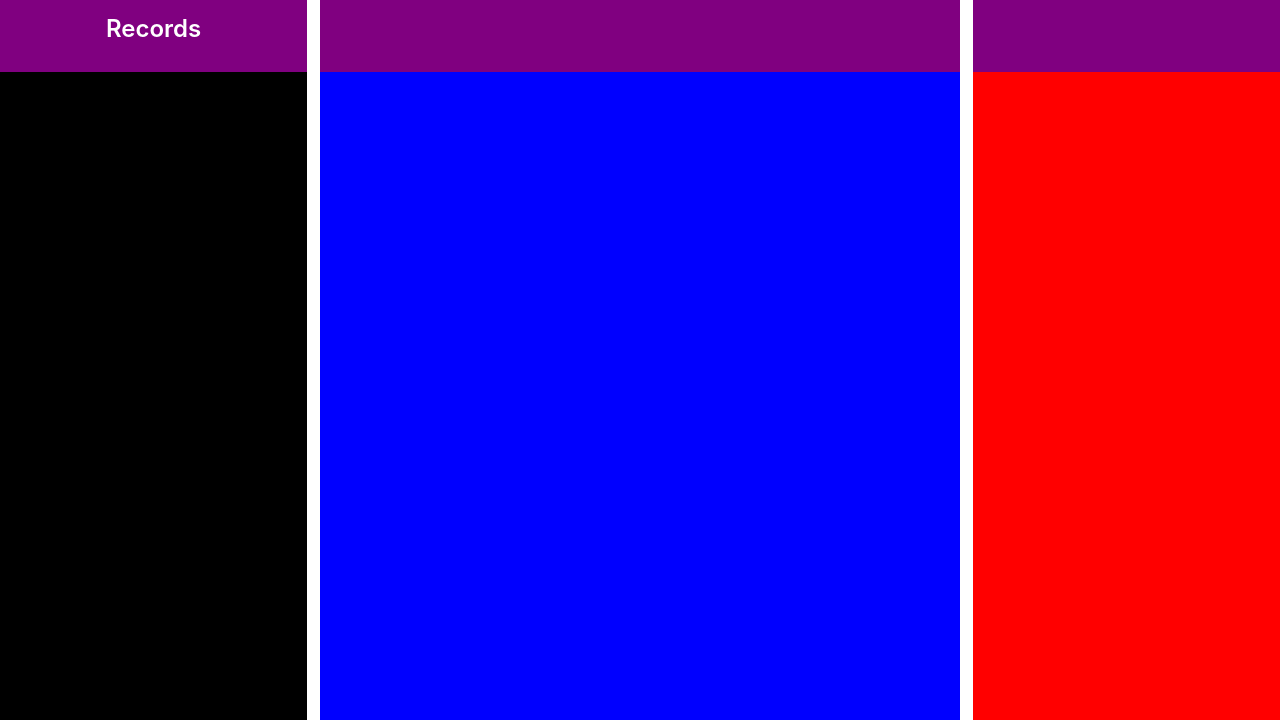
Repository: napan24/classforma_assignment
Page: / (app in client/)
These files come from the project's save history. The page is drawn as it stood at one moment and after a run of saves; the edit follows.
The browser window is 1280 px wide. The pictures show the whole page.
The project was rebuilt for these pictures with package versions that can differ from the ones it lists, and the page was loaded fresh each time. Also part of the build but not shown: client/src/App.css.

Above is the page before, as saved 2022-07-19 16:32:15.

### client/src/App.js
import logo from './logo.svg';
import './App.css';
import Home from './Home';

function App() {
  return (
    <>
      <Home></Home>
    </>
  );
}

export default App;

### client/src/Home.js
import React from 'react'

const Home = () => {
    return (
        <>
            <div style={{ display: 'flex', width: "100vw", height: "100vh"}}>
                <div style={{ width: "24vw", height: "100vh", backgroundColor: "black",marginRight:"1vw" }}>
                    <div style={{ width: "24vw", height: "10vh", backgroundColor: "purple",textAlign:'center',fontSize:'150%',color:"white",fontWeight:"600",position:"fixed" }}>
                        <p style={{marginTop:"2vh"}}>
                        Records
                        </p>
                    </div>
                    <div>

                    </div>
                </div>
                <div style={{ width: "50vw", height: "100vh", backgroundColor: "blue",marginRight:"1vw" }}>
                    <div style={{ width: "50vw", height: "10vh", backgroundColor: "purple"}}>

                    </div>
                    <div>

                    </div>
                </div>
                <div style={{ width: "24vw", height: "100vh", backgroundColor: "red" }}>
                    <div style={{ width: "24vw", height: "10vh", backgroundColor: "purple" }}>

                    </div>
                    <div>

                    </div>
                </div>
            </div>
        </>
    )
}

export default Home

Loaded but not shown: client/public/index.html (common file); client/src/index.js (common file); client/src/index.css (common file); client/src/reportWebVitals.js (common file)

After the next 2 saves:
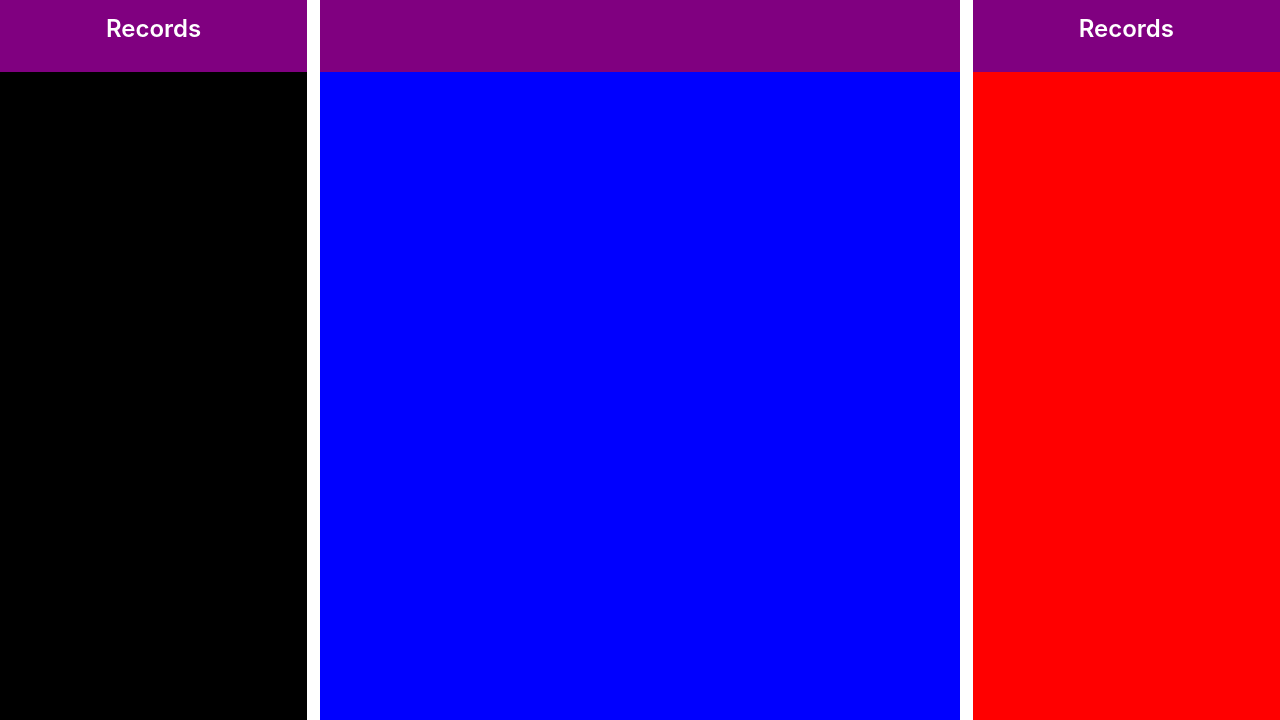
The 2 saves are shown as one change because they came seconds apart.
The last was saved 21 s later.
--- a/client/src/Home.js
+++ b/client/src/Home.js
@@ -3,19 +3,19 @@ import React from 'react'
 const Home = () => {
     return (
         <>
-            <div style={{ display: 'flex', width: "100vw", height: "100vh"}}>
-                <div style={{ width: "24vw", height: "100vh", backgroundColor: "black",marginRight:"1vw" }}>
-                    <div style={{ width: "24vw", height: "10vh", backgroundColor: "purple",textAlign:'center',fontSize:'150%',color:"white",fontWeight:"600",position:"fixed" }}>
-                        <p style={{marginTop:"2vh"}}>
-                        Records
+            <div style={{ display: 'flex', width: "100vw", height: "100vh" }}>
+                <div style={{ width: "24vw", height: "100vh", backgroundColor: "black", marginRight: "1vw" }}>
+                    <div style={{ width: "24vw", height: "10vh", backgroundColor: "purple", textAlign: 'center', fontSize: '150%', color: "white", fontWeight: "600", position: "fixed" }}>
+                        <p style={{ marginTop: "2vh" }}>
+                            Records
                         </p>
                     </div>
                     <div>
 
                     </div>
                 </div>
-                <div style={{ width: "50vw", height: "100vh", backgroundColor: "blue",marginRight:"1vw" }}>
-                    <div style={{ width: "50vw", height: "10vh", backgroundColor: "purple"}}>
+                <div style={{ width: "50vw", height: "100vh", backgroundColor: "blue", marginRight: "1vw" }}>
+                    <div style={{ width: "50vw", height: "10vh", backgroundColor: "purple" }}>
 
                     </div>
                     <div>
@@ -23,8 +23,10 @@ const Home = () => {
                     </div>
                 </div>
                 <div style={{ width: "24vw", height: "100vh", backgroundColor: "red" }}>
-                    <div style={{ width: "24vw", height: "10vh", backgroundColor: "purple" }}>
-
+                    <div style={{ width: "24vw", height: "10vh", backgroundColor: "purple", textAlign: 'center', fontSize: '150%', color: "white", fontWeight: "600", position: "fixed" }}>
+                        <p style={{ marginTop: "2vh" }}>
+                            Records
+                        </p>
                     </div>
                     <div>
 
